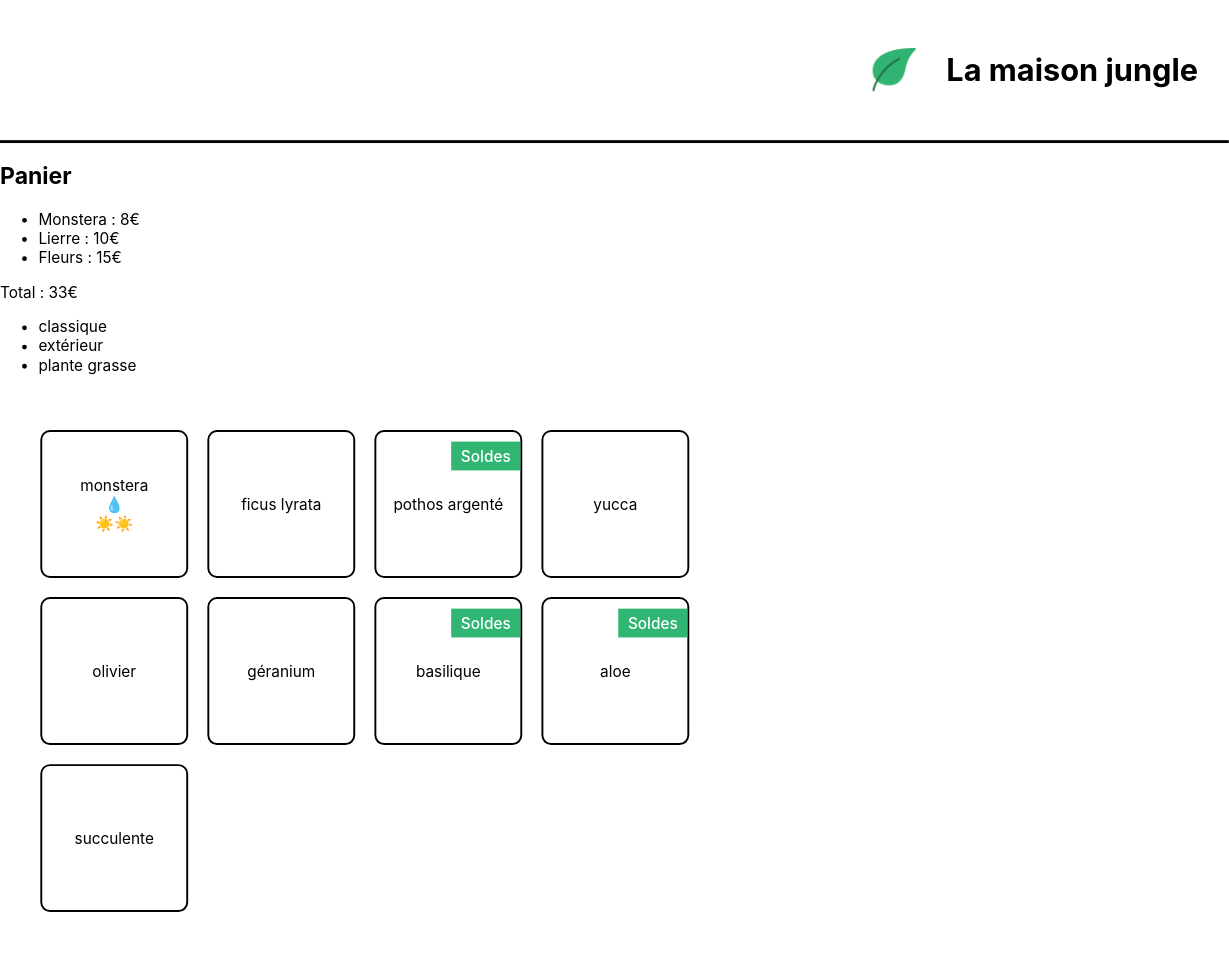
Repository: massndongo/la-maison-junglee
Page: /
These files come from the project's save history. The page is drawn as it stood at one moment and after the next save; the edit follows.
The browser window is 1280 px wide. The pictures show the whole page, at 96% of full size.
The project was rebuilt for these pictures with package versions that can differ from the ones it lists, and the page was loaded fresh each time.

Above is the page before, as saved 2023-03-27 23:54:35.

### src/components/App.js
import Banner from './Banner'
import Cart from './Cart'
import ShoppingList from './ShoppingList'

function App() {
    return <div><Banner /><Cart /><ShoppingList /></div>
}

export default App

### src/components/Banner.js
import logo from '../assets/logo.png'
import '../styles/Banner.css'

function Banner() {
    const title = 'La maison jungle'
    return (
        <div className='lmj-banner'>
            <img src={logo} alt='La maison jungle' className='lmj-logo' />
            <h1 className='lmj-title'>{title}</h1>
        </div>
    )
}

export default Banner

### src/components/Cart.js
function Cart() {
    const monsteraPrice = 8
    const ivyPrice = 10
    const flowerPrice = 15
    return (<div>
        <h2>Panier</h2>
        <ul>
        <li>Monstera : {monsteraPrice}€</li>
         <li>Lierre : {ivyPrice}€</li>
         <li>Fleurs : {flowerPrice}€</li>
        </ul>
          Total : {monsteraPrice + ivyPrice + flowerPrice }€
          </div>)
    }

export default Cart

### src/components/ShoppingList.js
import { plantList } from '../datas/plantList'
import '../styles/ShoppingList.css'
import CareScale from './CareScale'

function ShoppingList() {
	const categories = plantList.reduce(
		(acc, plant) =>
			acc.includes(plant.category) ? acc : acc.concat(plant.category),
		[]
	)

	return (
		<div>
			<ul>
				{categories.map((cat) => (
					<li key={cat}>{cat}</li>
				))}
			</ul>
			<ul className='lmj-plant-list'>
				{plantList.map((plant) => (
					<li key={plant.id} className='lmj-plant-item'>
                        {plant.name}
						<CareScale careType='water' scaleValue={plant.water} />
						<CareScale careType='light' scaleValue={plant.light} />
                        {plant.isSpecialOffer && <div className='lmj-sales'>Soldes</div>}
                    </li>
				))}
			</ul>
		</div>
	)
}

export default ShoppingList

### src/datas/plantList.js
export const plantList = [
	{
		name: 'monstera',
		category: 'classique',
		id: '1ed',
		water: 1,
		light: 2
	},
	{
		name: 'ficus lyrata',
		category: 'classique',
		id: '2ab'
	},
	{
		name: 'pothos argenté',
		category: 'classique',
		id: '3sd',
		isSpecialOffer: true
	},
	{
		name: 'yucca',
		category: 'classique',
		id: '4kk'
	},
	{
		name: 'olivier',
		category: 'extérieur',
		id: '5pl'
	},
	{
		name: 'géranium',
		category: 'extérieur',
		id: '6uo'
	},
	{
		name: 'basilique',
		category: 'extérieur',
		id: '7ie',
		isSpecialOffer: true
	},
	{
		name: 'aloe',
		category: 'plante grasse',
		id: '8fp',
		isSpecialOffer: true
	},
	{
		name: 'succulente',
		category: 'plante grasse',
		id: '9vn'
	}
]

### src/components/CareScale.js
function CareScale({ scaleValue, careType }) {
    const range = [1, 2, 3]

    const scaleType = careType === 'light' ? '☀️' : '💧'

    return (
        <div>
            {range.map((rangeElem) => scaleValue >= rangeElem ? <span key={rangeElem.toString()}>{scaleType}</span> : null
            )}
        </div>
    )
}
export default CareScale

Loaded but not shown: public/index.html (common file); src/index.js (common file); src/styles/index.css (common file); src/reportWebVitals.js (common file); src/styles/Banner.css (common file); src/styles/ShoppingList.css (common file)

After the next save:
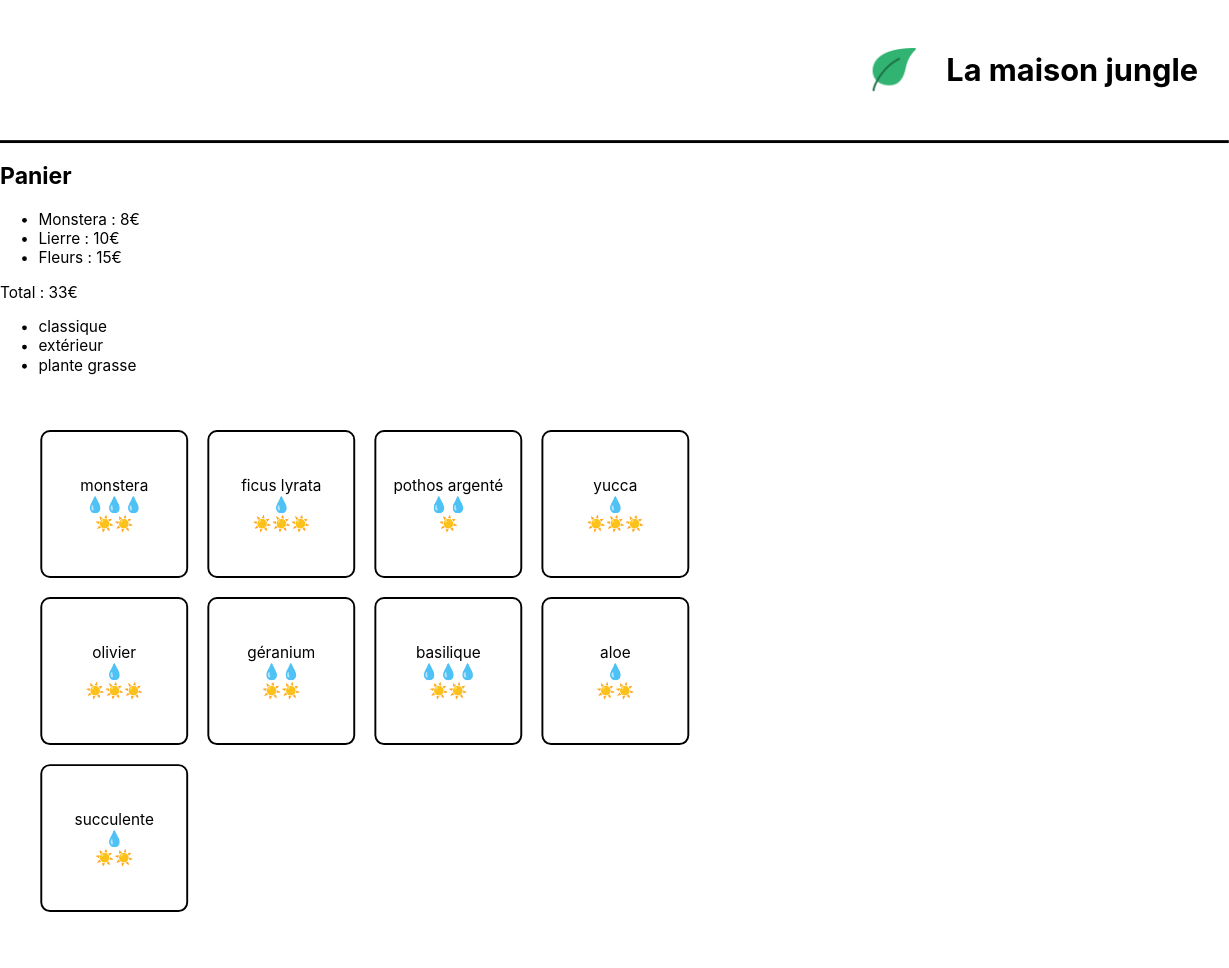
Saved 16 min 3 s later.
--- a/src/datas/plantList.js
+++ b/src/datas/plantList.js
@@ -1,52 +1,78 @@
+import monstera from '../assets/monstera.jpg'
+
 export const plantList = [
 	{
 		name: 'monstera',
 		category: 'classique',
 		id: '1ed',
-		water: 1,
-		light: 2
+		isBestSale: true,
+		light: 2,
+		water: 3,
+		cover: monstera
 	},
 	{
 		name: 'ficus lyrata',
 		category: 'classique',
-		id: '2ab'
+		id: '2ab',
+		light: 3,
+		water: 1,
+		cover: monstera
 	},
 	{
 		name: 'pothos argenté',
 		category: 'classique',
 		id: '3sd',
-		isSpecialOffer: true
+		light: 1,
+		water: 2,
+		cover: monstera
 	},
 	{
 		name: 'yucca',
 		category: 'classique',
-		id: '4kk'
+		id: '4kk',
+		light: 3,
+		water: 1,
+		cover: monstera
 	},
 	{
 		name: 'olivier',
 		category: 'extérieur',
-		id: '5pl'
+		id: '5pl',
+		light: 3,
+		water: 1,
+		cover: monstera
 	},
 	{
 		name: 'géranium',
 		category: 'extérieur',
-		id: '6uo'
+		id: '6uo',
+		light: 2,
+		water: 2,
+		cover: monstera
 	},
 	{
 		name: 'basilique',
 		category: 'extérieur',
 		id: '7ie',
-		isSpecialOffer: true
+		isBestSale: true,
+		light: 2,
+		water: 3,
+		cover: monstera
 	},
 	{
 		name: 'aloe',
 		category: 'plante grasse',
 		id: '8fp',
-		isSpecialOffer: true
+		light: 2,
+		water: 1,
+		cover: monstera
 	},
 	{
 		name: 'succulente',
 		category: 'plante grasse',
-		id: '9vn'
+		id: '9vn',
+		light: 2,
+		water: 1,
+		cover: monstera
 	}
 ]
